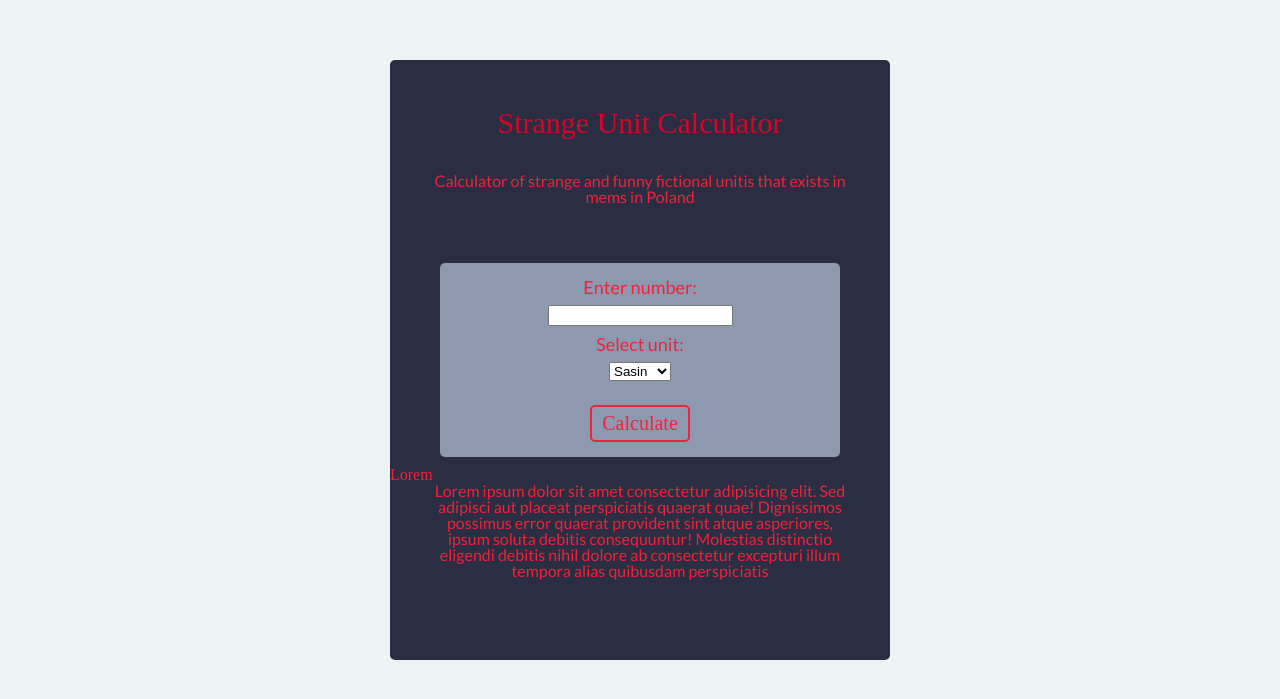
Repository: Gibon9/Calc2
Page: index.html
The author's editor kept a copy of each file at every save. The page is drawn from the files as they stood at one save, then again after the next save.
The browser window is 1280 px wide. The pictures show the whole page.
Some web fonts or font styles are not loaded; a fallback is used.

Above is the page before, as saved 2020-11-25 11:40:07.

After the next save:
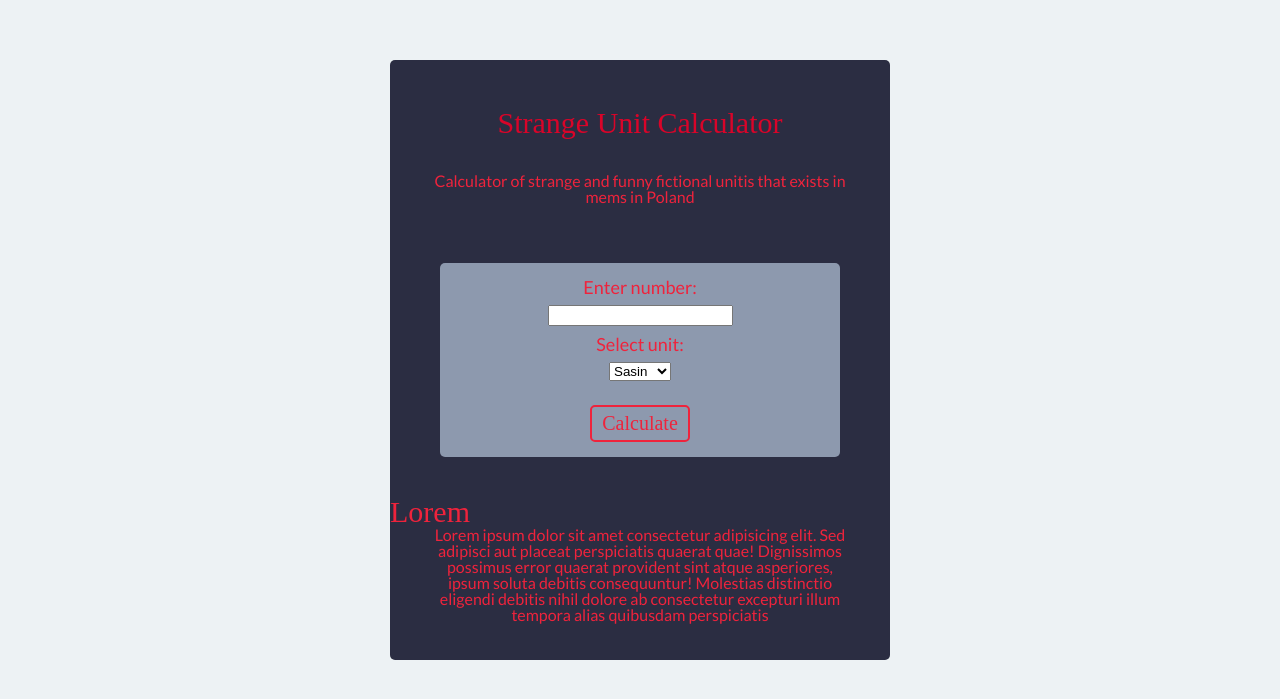
Saved 3 min 30 s later.
--- a/styles/style.css
+++ b/styles/style.css
@@ -113,3 +113,8 @@ option {
 
 .description {
 }
+
+.description--title {
+  margin-top: 30px;
+  font-size: 30px;
+}
